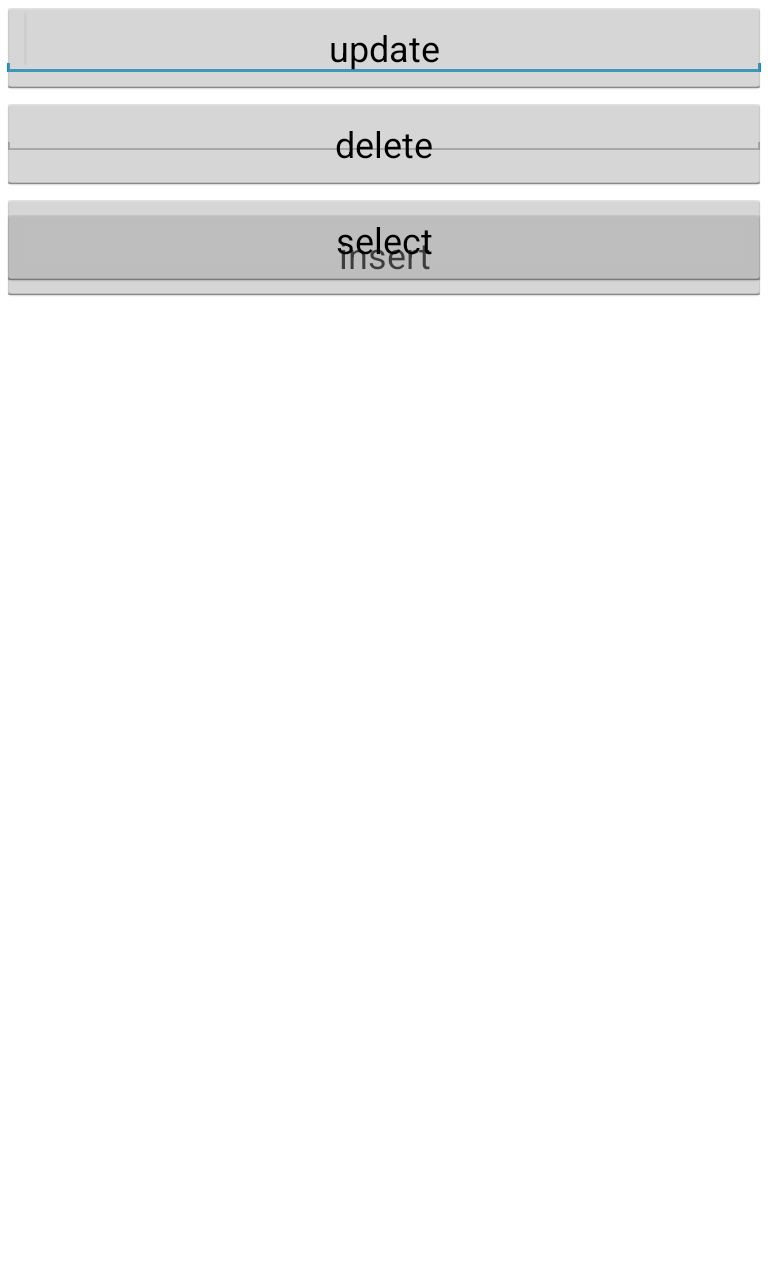
Repository: pajamasi726/AndroidExample
Layout: AndroidExample/Exam16_SQLite/res/layout/activity_main.xml
An editor plug-in stored every save of this project. The layout is shown before and after the next save, followed by the edit.
It is drawn on a 768 x 1280 px phone screen (xhdpi) without system bars, with theme AppTheme; the app's code is not run.

Above is the layout before, as saved 2016-02-24 04:35:27.

### AndroidExample/Exam16_SQLite/res/layout/activity_main.xml
<RelativeLayout xmlns:android="http://schemas.android.com/apk/res/android"
    xmlns:tools="http://schemas.android.com/tools"
    android:layout_width="match_parent"
    android:layout_height="match_parent"
    tools:context="${relativePackage}.${activityClass}" >

    <EditText
        android:id="@+id/edt1"
        android:layout_width="match_parent"
        android:layout_height="wrap_content"
        android:layout_alignParentLeft="true"
        android:layout_alignParentTop="true"
        android:ems="10" >

        <requestFocus />
    </EditText>

    <EditText
        android:id="@+id/edt2"
        android:layout_width="match_parent"
        android:layout_height="wrap_content"
        android:layout_alignParentLeft="true"
        android:layout_below="@+id/edt1"
        android:ems="10"
        android:inputType="number" />

    <TextView
        android:id="@+id/result"
        android:layout_width="wrap_content"
        android:layout_height="wrap_content"
        android:layout_alignParentLeft="true"
        android:layout_alignParentRight="true"
        android:layout_below="@+id/edt2"
        android:text=""
        android:textAppearance="?android:attr/textAppearanceMedium" />

    <Button
        android:id="@+id/insert"
        android:layout_width="wrap_content"
        android:layout_height="wrap_content"
        android:layout_alignParentLeft="true"
        android:layout_alignParentRight="true"
        android:layout_below="@+id/result"
        android:onClick="onClick"
        android:text="insert" />

    <Button
        android:id="@+id/update"
        android:layout_width="wrap_content"
        android:layout_height="wrap_content"
        android:layout_alignParentLeft="true"
        android:layout_alignParentRight="true"
        android:layout_below="@+id/button1"
        android:onClick="onClick"
        android:text="update" />

    <Button
        android:id="@+id/delete"
        android:layout_width="wrap_content"
        android:layout_height="wrap_content"
        android:layout_alignParentLeft="true"
        android:layout_alignParentRight="true"
        android:layout_below="@+id/update"
        android:onClick="onClick"
        android:text="delete" />

    <Button
        android:id="@+id/select"
        android:layout_width="wrap_content"
        android:layout_height="wrap_content"
        android:layout_alignParentLeft="true"
        android:layout_alignParentRight="true"
        android:layout_below="@+id/delete"
        android:onClick="onClick"
        android:text="select" />

</RelativeLayout>

Loaded but not shown: AndroidExample/Exam16_SQLite/res/values/styles.xml (common file); AndroidExample/Exam16_SQLite/res/values-v11/styles.xml (common file); AndroidExample/Exam16_SQLite/res/values-v14/styles.xml (common file)

After the next save:
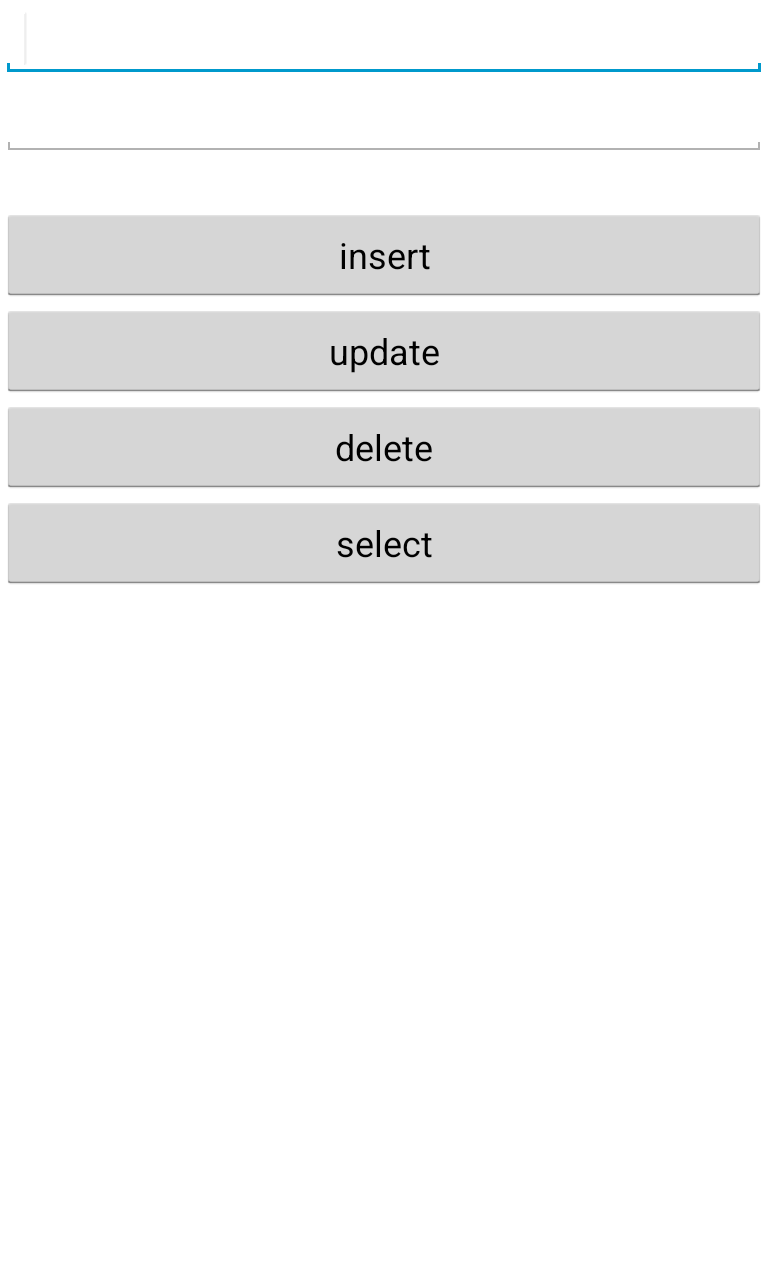
Saved 19 s later.
--- a/AndroidExample/Exam16_SQLite/res/layout/activity_main.xml
+++ b/AndroidExample/Exam16_SQLite/res/layout/activity_main.xml
@@ -50,7 +50,7 @@
         android:layout_height="wrap_content"
         android:layout_alignParentLeft="true"
         android:layout_alignParentRight="true"
-        android:layout_below="@+id/button1"
+        android:layout_below="@+id/insert"
         android:onClick="onClick"
         android:text="update" />
 
